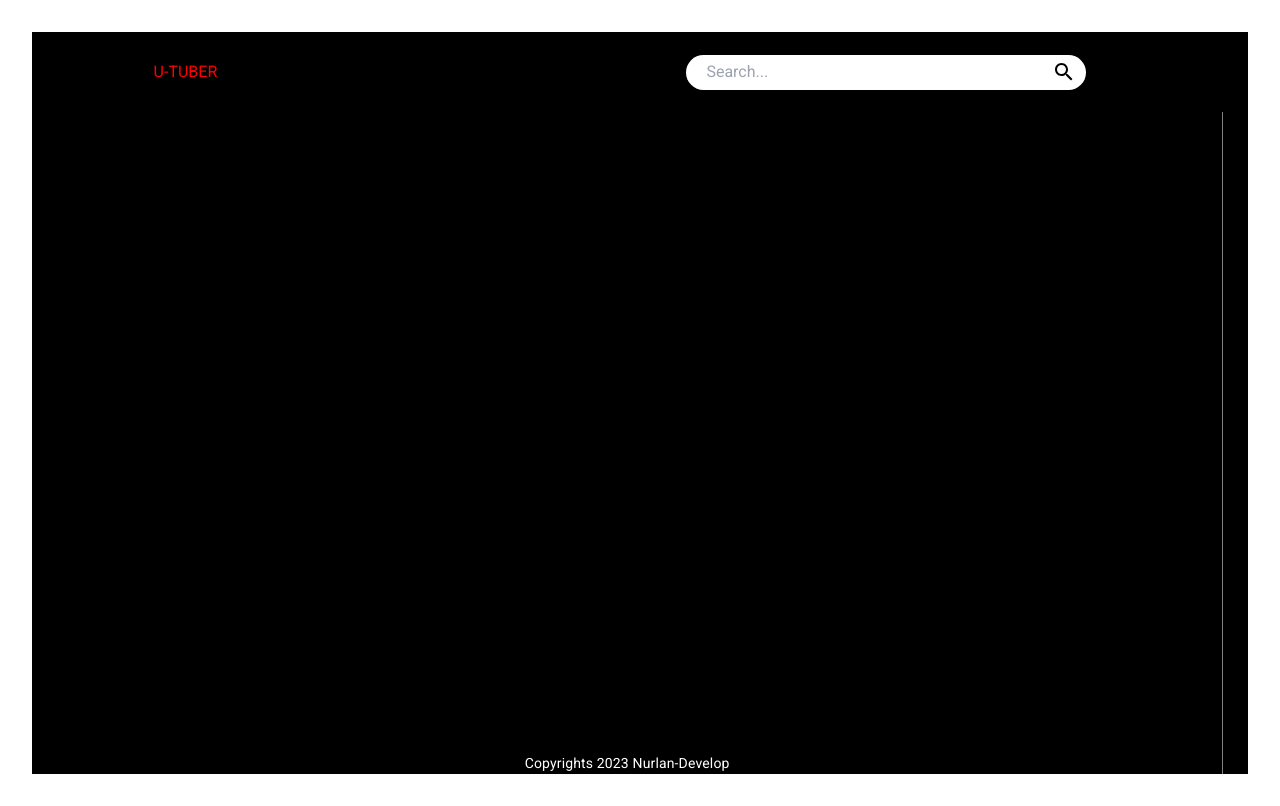
Repository: Nurlan-Bakenbaev/YoutubeClone
Page: /
An editor plug-in stored every save of this project. The page is shown before and after the next save, followed by the edit.
The browser window is 1280 px wide. The pictures show the whole page.
The project was rebuilt for these pictures with package versions that can differ from the ones it lists, and the page was loaded fresh each time. Also part of the build but not shown: vite.config.js, src/components/VideoDetails.jsx, src/components/SearchFeed.jsx, src/components/ChannelDetails.jsx.

Above is the page before, as saved 2023-09-06 09:59:05.

### index.html
<!DOCTYPE html>
<html lang="en">
  <head>
    <link
      rel="stylesheet"
      href="https://fonts.googleapis.com/icon?family=Material+Icons"
    />
    <link rel="preconnect" href="https://fonts.googleapis.com" />
    <link rel="preconnect" href="https://fonts.gstatic.com" crossorigin />
    <link
      rel="stylesheet"
      href="https://fonts.googleapis.com/css2?family=Roboto:wght@300;400;500;600;700&display=swap"
    />

    <meta charset="UTF-8" />
    <link rel="icon" type="image/svg+xml" href="/vite.svg" />
    <meta name="viewport" content="width=device-width, initial-scale=1.0" />
    <title>Youtube Clone</title>
  </head>
  <body>
    <div id="root"></div>
    <script type="module" src="/src/main.jsx"></script>
  </body>
</html>

### src/App.jsx
import "./App.css";
import { BrowserRouter, Routes, Route } from "react-router-dom";
import { Box } from "@mui/material";
import Navbar from './components/Navbar'
import Feed from './components/Feed'
import VideoDetails from './components/VideoDetails'
import SearchFeed from './components/SearchFeed'
import ChannelDetails from './components/ChannelDetails'


const App = () => (
  <BrowserRouter>
    <Box sx={{ backgroundColor: "#000" }}>
      <Navbar/>
      <Routes>
        <Route path="/" element={<Feed />} />
        <Route path="/video:id" element={<VideoDetails />} />
        <Route path="/channel:id" element={<ChannelDetails />} />
        <Route path="/search/:searchTerm" element={<SearchFeed />} />
      </Routes>
    </Box>
  </BrowserRouter>
);

export default App;

### src/index.css
@import "tailwindcss/base";
@import "tailwindcss/components";
@import "tailwindcss/utilities";


body {
  font-family: "Roboto", sans-serif;
  margin: 0;
  padding: 0;
  box-sizing: border-box;
}
a{
  color:inherit;
  text-decoration: none;
}

### src/components/Navbar.jsx
import { Stack } from "@mui/material";
import { Link } from "react-router-dom";
import SearchBar from "./SearchBar";

const Navbar = () => {
  return (
    <Stack
      direction="row"
      alignItems="center"
      sx={{
        position: "sticky",
        background: "black",
        top: "0",
        justifyContent: "space-between",
        height: "80px",
        margin:'0 auto',
        width:'80%'
      }}
    >
      <Stack
        sx={{
          display: "flex",
          flexDirection: "row",
          alignItems: "center",
          color: "red",
        }}
      >
        <Link className="uppercase" to={"/"}>
          U-tuber
        </Link>
      </Stack>
      <SearchBar />
    </Stack>
  );
};

export default Navbar;

### src/components/Feed.jsx
import React, { useState, useEffect } from "react";
import { Box, Stack, Typography } from "@mui/material";
import SideBar from "./SideBar";
const Feed = () => {
  return (
    <Stack sx={{ flexDirection: { sx: "column", md: "row" } }}>
      <Box
        sx={{
          height: { sx: "auto", md: "92vh" },
          borderRight: "1px solid gray",
          px: { sx: 0, md: 2 },
        }}
      >
        <SideBar/>
        <Typography
          className="copyright"
          variant="body2"
          sx={{ mt: 1.5, color: "white" }}>
          Copyrights 2023 Nurlan-Develop
        </Typography>
      </Box>
    </Stack>
  );
};

export default Feed;

### src/components/SearchBar.jsx
import React from "react";
import { useState } from "react";
import { useNavigate } from "react-router-dom";
import { Paper, IconButton } from "@mui/material";
import SearchIcon from "@mui/icons-material/Search";
const SearchBar = () => {
  return (
    <Paper
      component="form"
      onSubmit={() => {}}
      sx={{
        borderRadius: "20px",
        pl: 2,
        boxShadow: "none",
        display: "flex",
        alignItems: "center",
        width: "400px",
        height: "35px",
        mr: { sm: 5 },
      }}
    >
      <input
        className="flex-1 p-1 outline-none"
        placeholder="Search..."
        type="text"
        onChange={() => {}}/>
      <IconButton type="submit" sx={{ p: "10px", color: "black" }}>
        <SearchIcon />
      </IconButton>
    </Paper>
  );
};

export default SearchBar;

### src/components/SideBar.jsx
import React from "react";
import { Stack } from "@mui/material";
import { categories } from "./helpers/constants";

const SideBar = () => {
  return (
    <Stack
      direction="row"
      sx={{ overflowY: "auto", height: { sx: "auto", md: "95%" } }}>

{categories.map((cat)=>(
    <button>
        <span> {cat.icon}</span>
        <span>{cat.name}</span>
    </button>
))}
      </Stack>
  );
};

export default SideBar;

### src/components/helpers/constants.jsx
import MusicNoteIcon from '@mui/icons-material/MusicNote';
import HomeIcon from '@mui/icons-material/Home';
import CodeIcon from '@mui/icons-material/Code';
import OndemandVideoIcon from '@mui/icons-material/OndemandVideo';
import SportsEsportsIcon from '@mui/icons-material/SportsEsports';
import LiveTvIcon from '@mui/icons-material/LiveTv';
import SchoolIcon from '@mui/icons-material/School';
import FaceRetouchingNaturalIcon from '@mui/icons-material/FaceRetouchingNatural';
import CheckroomIcon from '@mui/icons-material/Checkroom';
import GraphicEqIcon from '@mui/icons-material/GraphicEq';
import TheaterComedyIcon from '@mui/icons-material/TheaterComedy';
import FitnessCenterIcon from '@mui/icons-material/FitnessCenter';
import DeveloperModeIcon from '@mui/icons-material/DeveloperMode';


export const categories = [
  { name: 'New', icon: <HomeIcon />, },
  { name: 'Coding', icon: <CodeIcon />, },
  { name: 'ReactJS', icon: <CodeIcon />, },
  { name: 'NextJS', icon: <CodeIcon />, },
  { name: 'Music', icon: <MusicNoteIcon /> },
  { name: 'Education', icon: <SchoolIcon />, },
  { name: 'Podcast', icon: <GraphicEqIcon />, },
  { name: 'Movie', icon: <OndemandVideoIcon />, },
  { name: 'Gaming', icon: <SportsEsportsIcon />, },
  { name: 'Live', icon: <LiveTvIcon />, },
  { name: 'Sport', icon: <FitnessCenterIcon />, },
  { name: 'Fashion', icon: <CheckroomIcon />, },
  { name: 'Beauty', icon: <FaceRetouchingNaturalIcon />, },
  { name: 'Comedy', icon: <TheaterComedyIcon />, },
  { name: 'Gym', icon: <FitnessCenterIcon />, },
  { name: 'Crypto', icon: <DeveloperModeIcon />, },
];

export const demoThumbnailUrl = 'https://i.ibb.co/G2L2Gwp/API-Course.png';
export const demoChannelUrl = '/channel/UCmXmlB4-HJytD7wek0Uo97A';
export const demoVideoUrl = '/video/GDa8kZLNhJ4';
export const demoChannelTitle = 'JavaScript Mastery';
export const demoVideoTitle = 'Build and Deploy 5 JavaScript & React API Projects in 10 Hours - Full Course | RapidAPI';
export const demoProfilePicture = 'http://dergipark.org.tr/assets/app/images/buddy_sample.png'

Loaded but not shown: src/main.jsx (common file); src/App.css (common file); tailwind.config.js (common file)

After the next save:
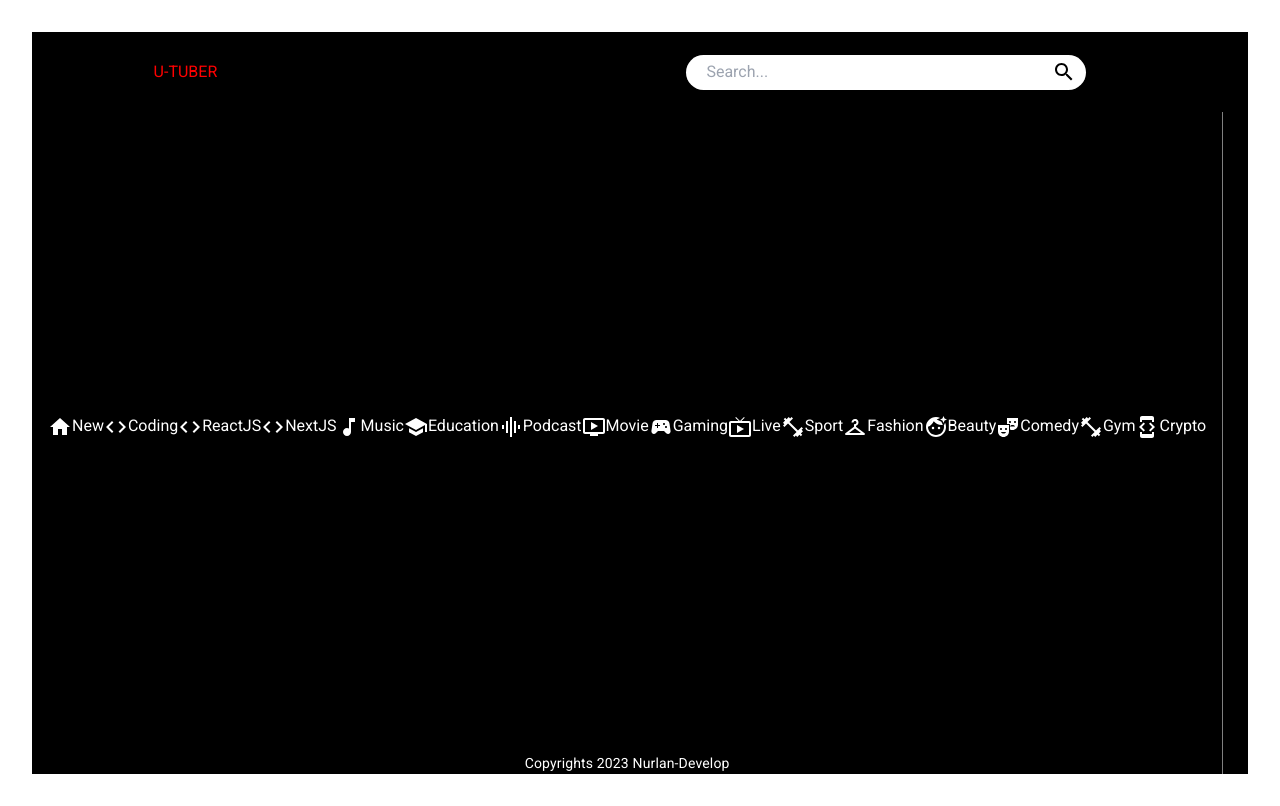
Saved 8 s later.
--- a/src/components/SideBar.jsx
+++ b/src/components/SideBar.jsx
@@ -9,7 +9,7 @@ const SideBar = () => {
       sx={{ overflowY: "auto", height: { sx: "auto", md: "95%" } }}>
 
 {categories.map((cat)=>(
-    <button>
+    <button className="text-white">
         <span> {cat.icon}</span>
         <span>{cat.name}</span>
     </button>
